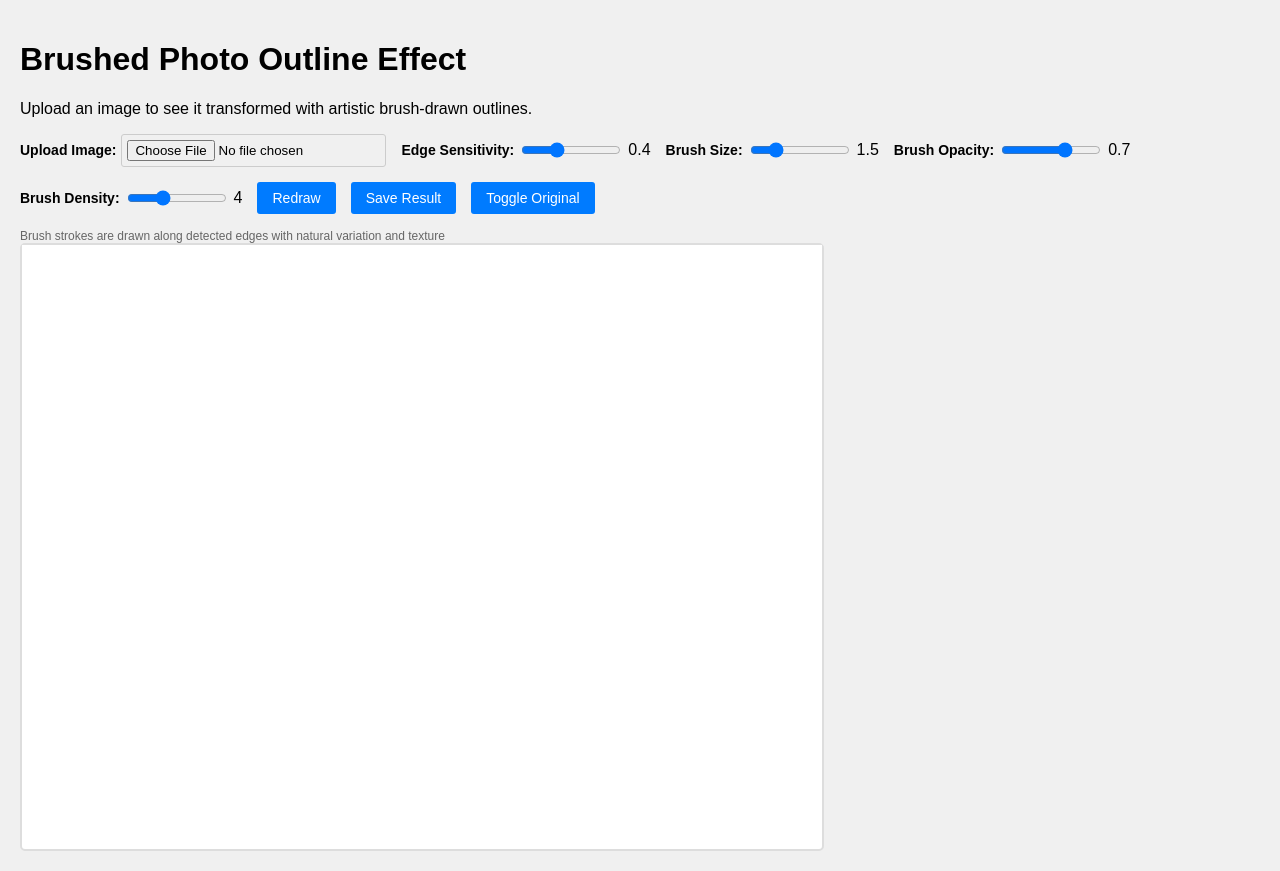
Repository: fakebrianho/ok_color
Page: index.html
The author's editor kept a copy of each file at every save. The page is drawn from the files as they stood at one save, then again after the next save.
The browser window is 1280 px wide. The pictures show the whole page.

Above is the page before, as saved 2025-08-12 22:10:16.

After the next save:
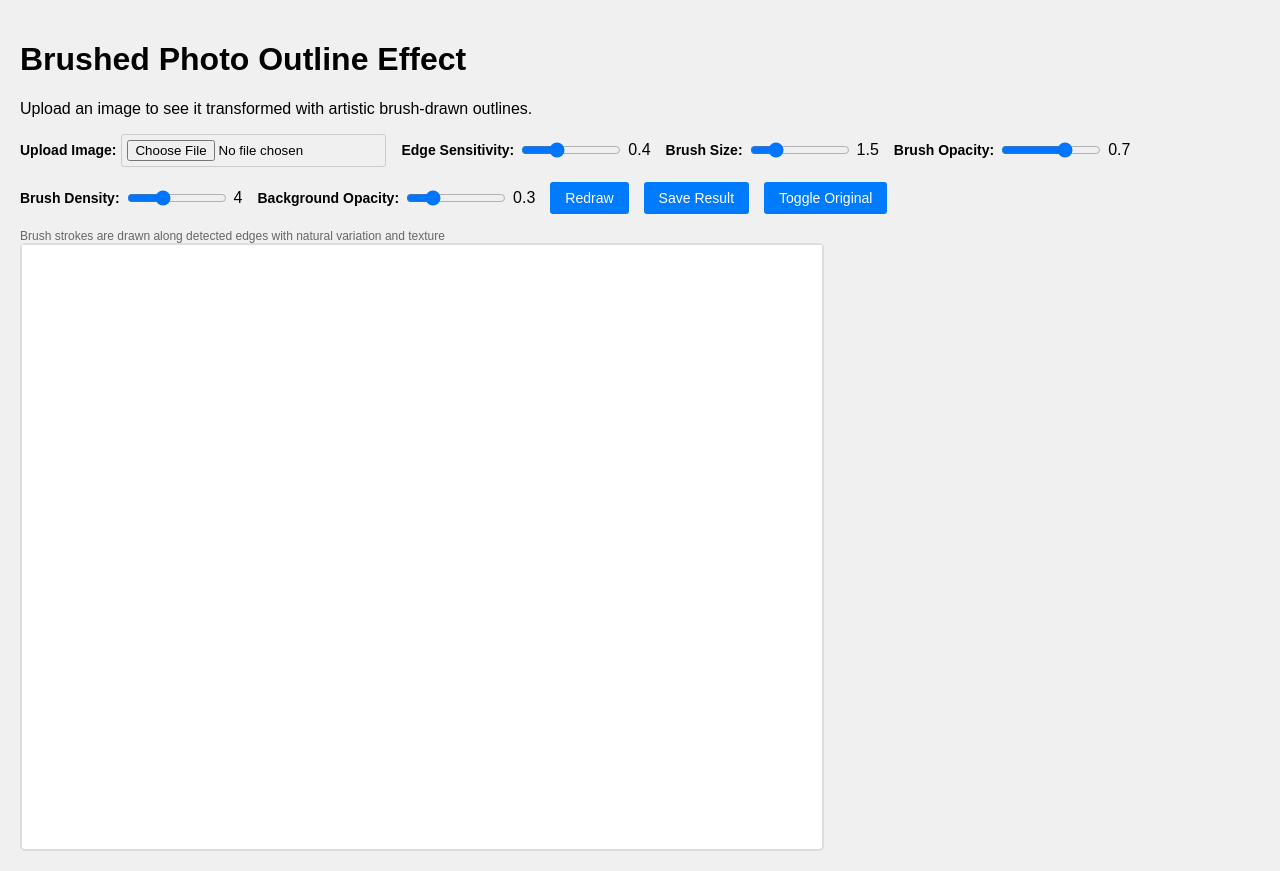
Saved 2 min 12 s later.
--- a/index.html
+++ b/index.html
@@ -101,6 +101,11 @@
       <input type="range" id="density" min="1" max="10" step="1" value="4">
       <span id="densityValue">4</span>
     </div>
+    <div class="control-group">
+      <label for="bgOpacity">Background Opacity:</label>
+      <input type="range" id="bgOpacity" min="0.1" max="1.0" step="0.05" value="0.3">
+      <span id="bgOpacityValue">0.3</span>
+    </div>
     <button onclick="redrawOutlines()">Redraw</button>
     <button onclick="saveImage()">Save Result</button>
     <button onclick="toggleOriginal()">Toggle Original</button>
@@ -120,6 +125,7 @@
     let brushSize = 1.5;
     let brushOpacity = 0.7;
     let density = 4;
+    let bgOpacity = 0.3;
     let showOriginal = false;
     let imageLoaded = false;
     let isDrawing = false;
@@ -148,6 +154,7 @@
       setupSlider('brushSize', (val) => { brushSize = val; });
       setupSlider('brushOpacity', (val) => { brushOpacity = val; });
       setupSlider('density', (val) => { density = parseInt(val); });
+      setupSlider('bgOpacity', (val) => { bgOpacity = val; });
 
       imageLoaded = true;
       detectEdges();
@@ -295,47 +302,49 @@
     function drawBrushStroke(strokePoints) {
       if (strokePoints.length < 2) return;
 
-      // Draw multiple passes for brush texture
-      let passes = Math.max(1, Math.floor(density / 2));
-
-      for (let pass = 0; pass < passes; pass++) {
-        let alpha = map(pass, 0, passes - 1, brushOpacity * 255, brushOpacity * 100);
-        let weight = brushSize * random(0.7, 1.3);
-
-        brushLayer.stroke(0, 0, 0, alpha);
-        brushLayer.strokeWeight(weight);
-
-        brushLayer.beginShape();
-        brushLayer.noFill();
-
-        for (let i = 0; i < strokePoints.length; i++) {
-          let point = strokePoints[i];
-
-          // Add natural variation to brush position
-          let offsetX = random(-brushSize * 0.3, brushSize * 0.3);
-          let offsetY = random(-brushSize * 0.3, brushSize * 0.3);
-
-          if (i === 0) {
-            brushLayer.vertex(point.x + offsetX, point.y + offsetY);
-          } else {
-            // Use curve vertices for smoother strokes
-            brushLayer.curveVertex(point.x + offsetX, point.y + offsetY);
-          }
-        }
-
-        brushLayer.endShape();
-      }
-
-      // Add some scattered brush marks for texture
-      if (random() < 0.3) {
-        for (let point of strokePoints) {
-          if (random() < 0.5) {
-            brushLayer.stroke(0, 0, 0, brushOpacity * 60);
-            brushLayer.strokeWeight(brushSize * 0.5);
-            brushLayer.point(
-              point.x + random(-brushSize, brushSize),
-              point.y + random(-brushSize, brushSize)
-            );
+      // Draw individual brush marks along the stroke path
+      for (let i = 0; i < strokePoints.length; i++) {
+        let point = strokePoints[i];
+
+        // Calculate stroke direction perpendicular to edge direction
+        let strokeAngle = point.angle + PI / 2; // Perpendicular to edge
+
+        // Draw multiple brush marks for texture
+        let numMarks = Math.max(1, Math.floor(density));
+
+        for (let mark = 0; mark < numMarks; mark++) {
+          let alpha = map(mark, 0, numMarks - 1, brushOpacity * 255, brushOpacity * 80);
+          let weight = brushSize * random(0.5, 1.5);
+          let length = brushSize * random(2, 6);
+
+          brushLayer.stroke(0, 0, 0, alpha);
+          brushLayer.strokeWeight(weight);
+          brushLayer.strokeCap(ROUND);
+
+          // Calculate start and end points of brush mark
+          let angleVariation = random(-0.3, 0.3); // Add natural variation
+          let actualAngle = strokeAngle + angleVariation;
+
+          let startX = point.x + cos(actualAngle) * (-length / 2) + random(-brushSize * 0.5, brushSize * 0.5);
+          let startY = point.y + sin(actualAngle) * (-length / 2) + random(-brushSize * 0.5, brushSize * 0.5);
+          let endX = point.x + cos(actualAngle) * (length / 2) + random(-brushSize * 0.5, brushSize * 0.5);
+          let endY = point.y + sin(actualAngle) * (length / 2) + random(-brushSize * 0.5, brushSize * 0.5);
+
+          // Draw the brush mark
+          brushLayer.line(startX, startY, endX, endY);
+
+          // Add some shorter cross-hatching marks occasionally
+          if (random() < 0.2) {
+            let crossAngle = actualAngle + PI / 4;
+            let crossLength = length * 0.6;
+            let crossStartX = point.x + cos(crossAngle) * (-crossLength / 2);
+            let crossStartY = point.y + sin(crossAngle) * (-crossLength / 2);
+            let crossEndX = point.x + cos(crossAngle) * (crossLength / 2);
+            let crossEndY = point.y + sin(crossAngle) * (crossLength / 2);
+
+            brushLayer.stroke(0, 0, 0, alpha * 0.5);
+            brushLayer.strokeWeight(weight * 0.7);
+            brushLayer.line(crossStartX, crossStartY, crossEndX, crossEndY);
           }
         }
       }
@@ -370,8 +379,8 @@
         // Show original image
         image(img, x, y, displayWidth, displayHeight);
       } else {
-        // Show faded original image
-        tint(255, 180);
+        // Show faded original image with adjustable opacity
+        tint(255, bgOpacity * 255);
         image(img, x, y, displayWidth, displayHeight);
         noTint();
 
